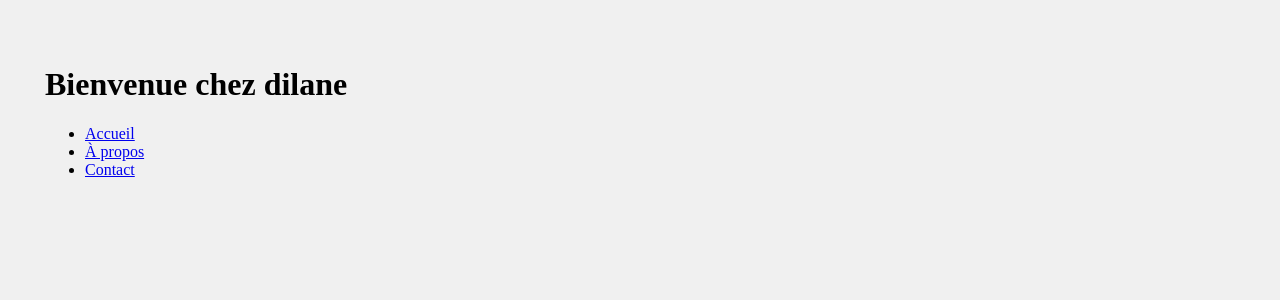
Repository: prestige225/prestige_services_et_finances
Page: app.html
The author's editor kept a copy of each file at every save. The page is drawn from the files as they stood at one save, then again after the next save.
The browser window is 1280 px wide. The pictures show the whole page.

Above is the page before, as saved 2025-06-01 17:01:31.

After the next save:
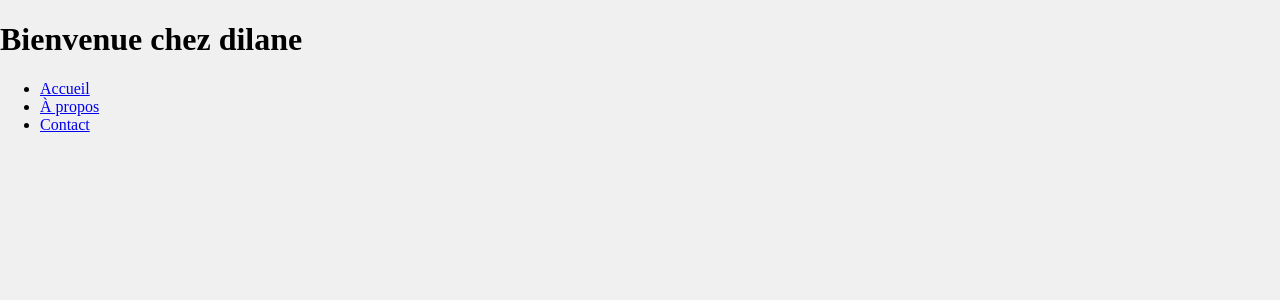
Saved 32 s later.
--- a/app.html
+++ b/app.html
@@ -7,8 +7,8 @@
     <style>
        body{
         background-color: #f0f0f0;
-        margin: 15px;
-        padding: 30px;
+        margin: 0px;
+        padding: 0px;
        }
     </style>
     <title>APPPP</title>
